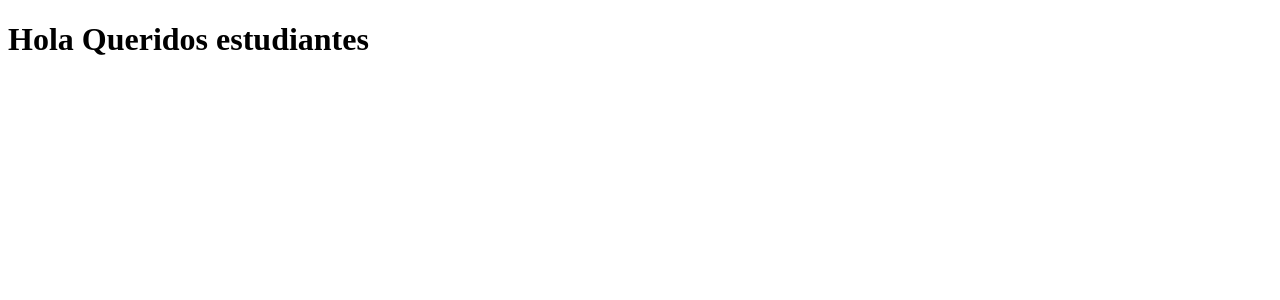
Repository: DavidAlza/MyWeb
Page: web.html
An editor plug-in stored every save of this project. The page is shown before and after the next save, followed by the edit.
The browser window is 1280 px wide. The pictures show the whole page.

Above is the page before, as saved 2023-12-19 18:15:59.

### web.html
<!DOCTYPE html>
<html>
    <head>
        <title>MyWeb</title>
    </head>
    <body>
        <div>
            <h1> Hola Queridos estudiantes </h1>
        </div>
    </body>
</html>

After the next save:
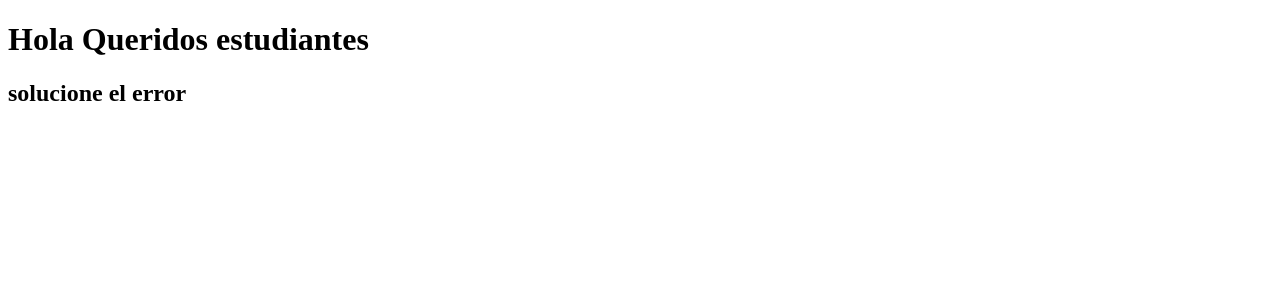
Saved 33 h 36 min later.
--- a/web.html
+++ b/web.html
@@ -6,6 +6,7 @@
     <body>
         <div>
             <h1> Hola Queridos estudiantes </h1>
+            <h2> solucione el error </h2>
         </div>
     </body>
 </html>
